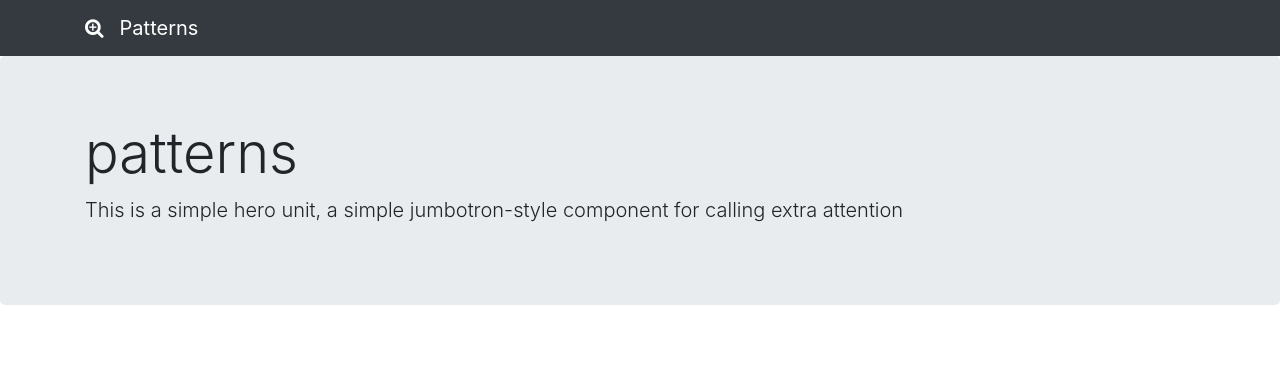
Repository: Mietlicha/patterns
Page: index.html
The author's editor kept a copy of each file at every save. The page is drawn from the files as they stood at one save, then again after the next save.
The browser window is 1280 px wide. The pictures show the whole page.

Above is the page before, as saved 2019-10-24 11:15:15.

After the next save:
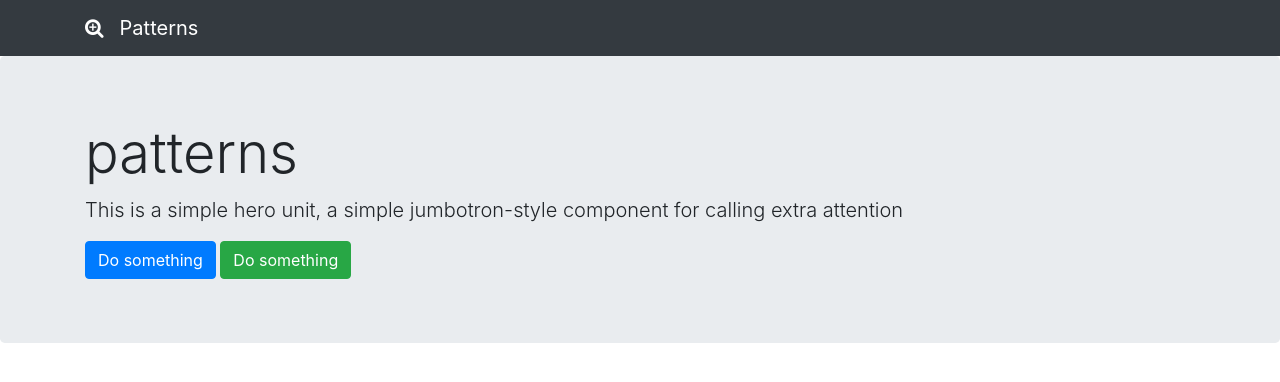
Saved 94 s later.
--- a/index.html
+++ b/index.html
@@ -22,6 +22,8 @@
         <div class="container">
             <h1 class="display-4">patterns</h1>
             <p class="lead">This is a simple hero unit, a simple jumbotron-style component for calling extra attention</p>
+            <a href="#" class="btn btn-primary">Do something</a>
+            <a href="#" class="btn btn-success">Do something</a>
             </div>
             </section>
         </article>
